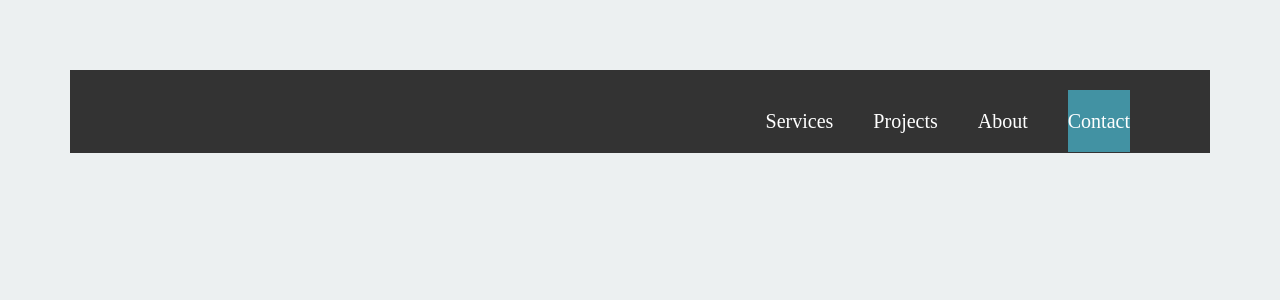
Repository: arifshahriyarnader/css-flexbox
Page: Exercise 1/index.html
An editor plug-in stored every save of this project. The page is shown before and after a run of saves, followed by the edit.
The browser window is 1280 px wide. The pictures show the whole page.

Above is the page before, as saved 2024-06-15 16:01:25.

After the next 4 saves:
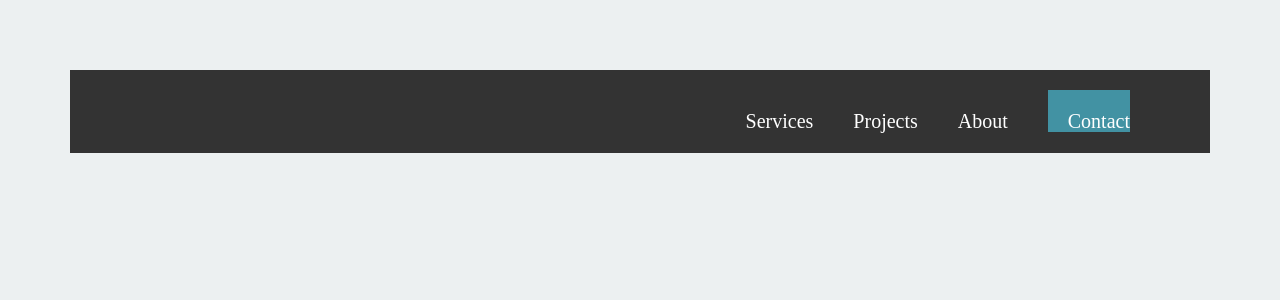
The 4 saves are shown as one change because they came seconds apart.
The last was saved 16 s later.
--- a/Exercise 1/css/style.css
+++ b/Exercise 1/css/style.css
@@ -35,6 +35,6 @@ body{
 .contact_btn{
     background-color:#4292A3;
     color:#fff;
-    padding:20px 0px;
+    padding:20px 0px 0px 20px;
 
 }
